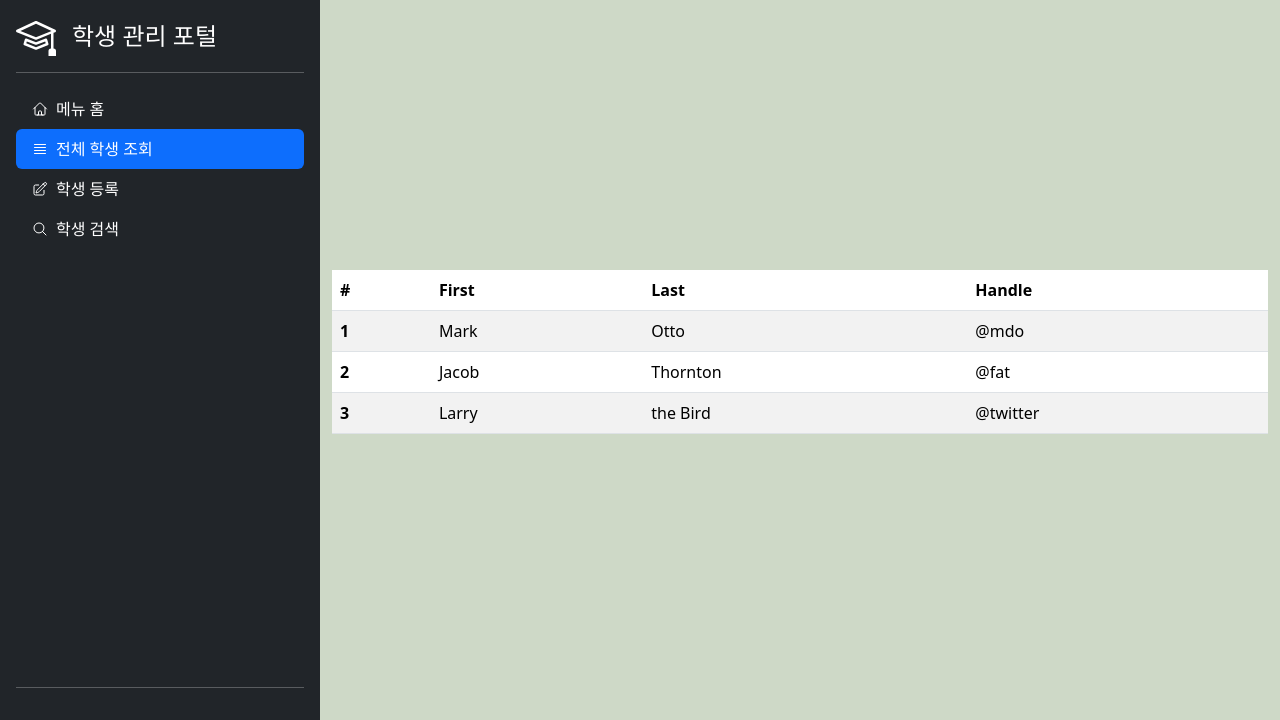
Repository: invisibleufo101/StudentManagementWeb
Page: HSW_Web/src/main/webapp/browse_students.html
These files come from the project's save history. The page is drawn as it stood at one moment and after the next save; the edit follows.
The browser window is 1280 px wide. The pictures show the whole page.

Above is the page before, as saved 2024-09-19 12:15:05.

After the next save:
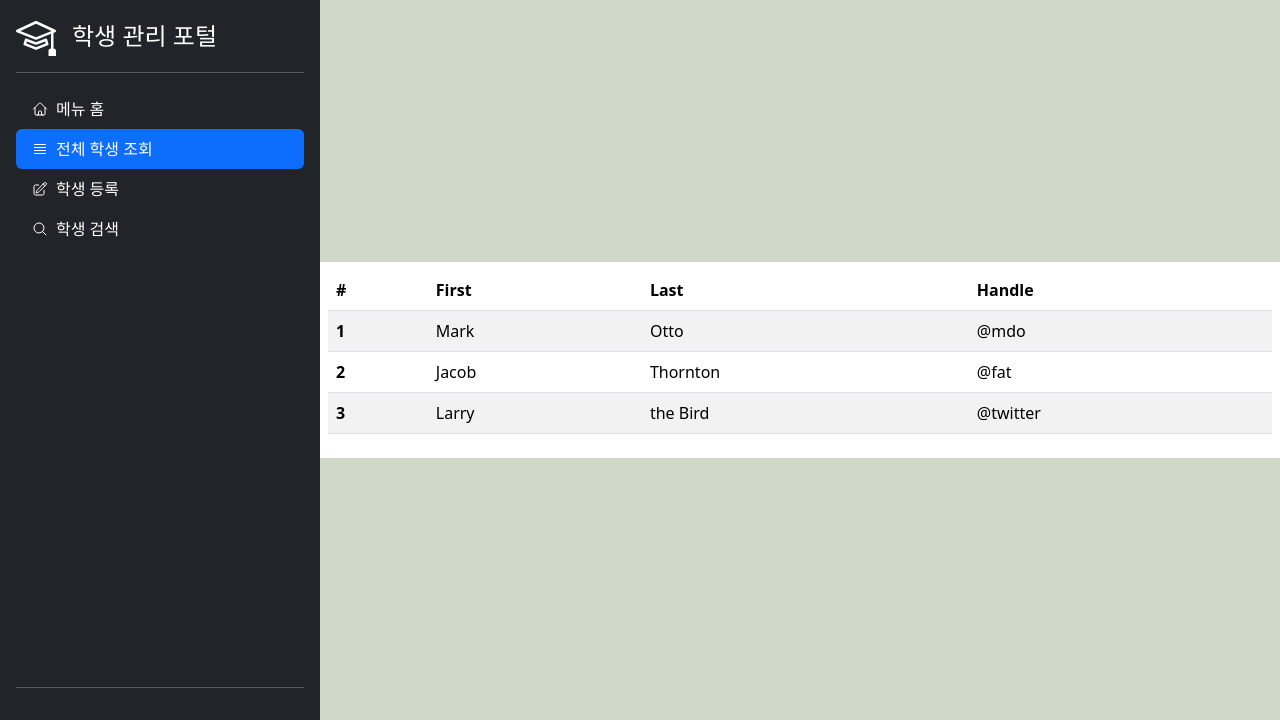
Saved 49 s later.
--- a/HSW_Web/src/main/webapp/browse_students.html
+++ b/HSW_Web/src/main/webapp/browse_students.html
@@ -66,7 +66,7 @@
 		</nav>
 		<!-- End of Navbar -->
 		<section class="d-flex justify-content-center align-items-center" style="width: 75vw; height: auto; background-color: #ced9c7;">
-			<div class="container">
+			<div class="container p-2 bg-white">
 				<table class="table table-striped">
 					<thead>
 						<tr>
